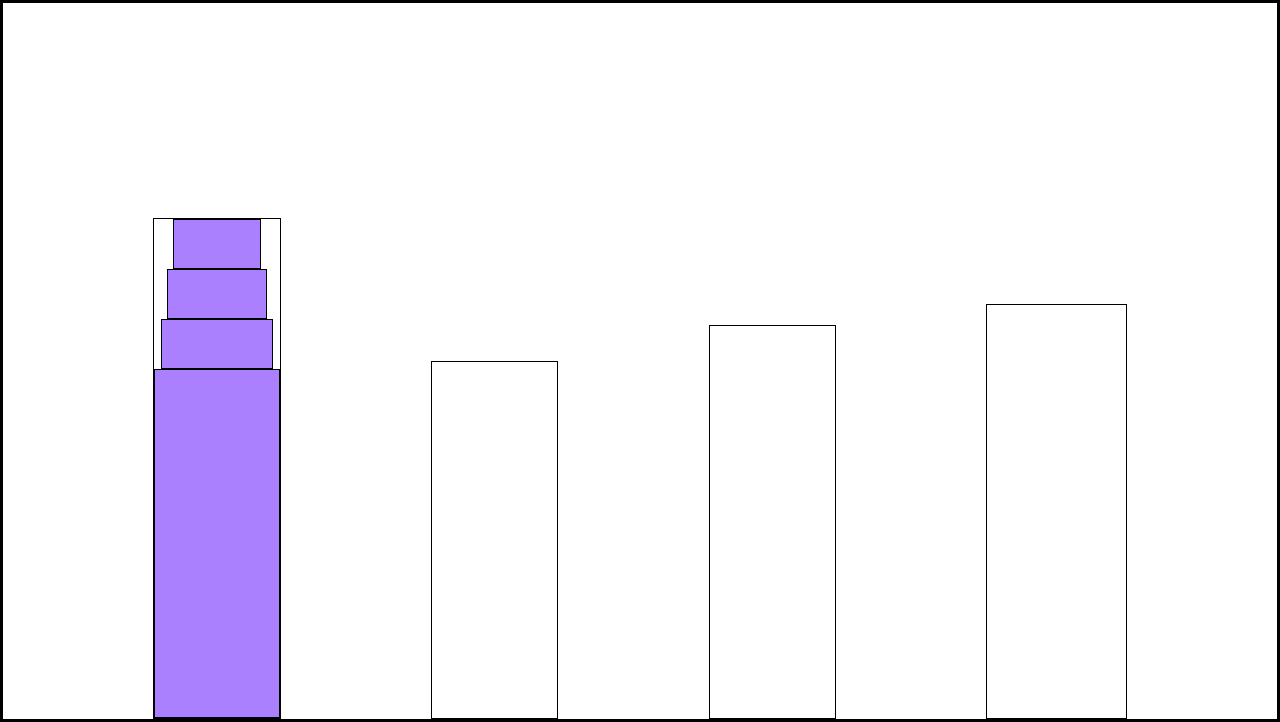
Repository: Lungdjos/city_skyline
Page: index.html
The author's editor kept a copy of each file at every save. The page is drawn from the files as they stood at one save, then again after a run of saves.
The browser window is 1280 px wide. The pictures show the whole page.

Above is the page before, as saved 2023-12-11 09:52:38.

### index.html
<!DOCTYPE html>
<html lang="en">

<head>
    <meta charset="UTF-8">
    <meta name="viewport" content="width=device-width, initial-scale=1.0">
    <title>City Skyline</title>
    <link href="styles.css" rel="stylesheet" />
</head>

<body>
    <div class="background-buildings">
        <div class="bb1">
            <div class="bb1a"></div>
            <div class="bb1b"></div>
            <div class="bb1c"></div>
            <div class="bb1d"></div>
        </div>
        <div class="bb2"></div>
        <div class="bb3"></div>
        <div class="bb4"></div>
    </div>
</body>

</html>

### styles.css
* {
    border: 1px solid black;
    box-sizing: border-box;
}

body {
    height: 100vh;
    margin: 0;
    overflow: hidden;
}

.background-buildings {
    width: 100%;
    height: 100%;
    display: flex;
    justify-content: space-evenly;
    align-items: flex-end;
}

.bb1 {
    width: 10%;
    height: 70%;
    display: flex;
    flex-direction: column;
    align-items: center;
    --building-color1: #aa80ff;
}

.bb1a {
    width: 70%;
    height: 10%;
    background-color: var(--building-color1);
}

.bb1b {
    width: 80%;
    height: 10%;
    background-color: var(--building-color1);
}

.bb1c {
    width: 90%;
    height: 10%;
    background-color: var(--building-color1);
}

.bb1d {
    width: 100%;
    height: 70%;
    background-color: var(--building-color1);
}

.bb2 {
    height: 50%;
    width: 10%;
}

.bb3 {
    width: 10%;
    height: 55%;
}

.bb4 {
    height: 58%;
    width: 11%;
}

After the next 4 saves:
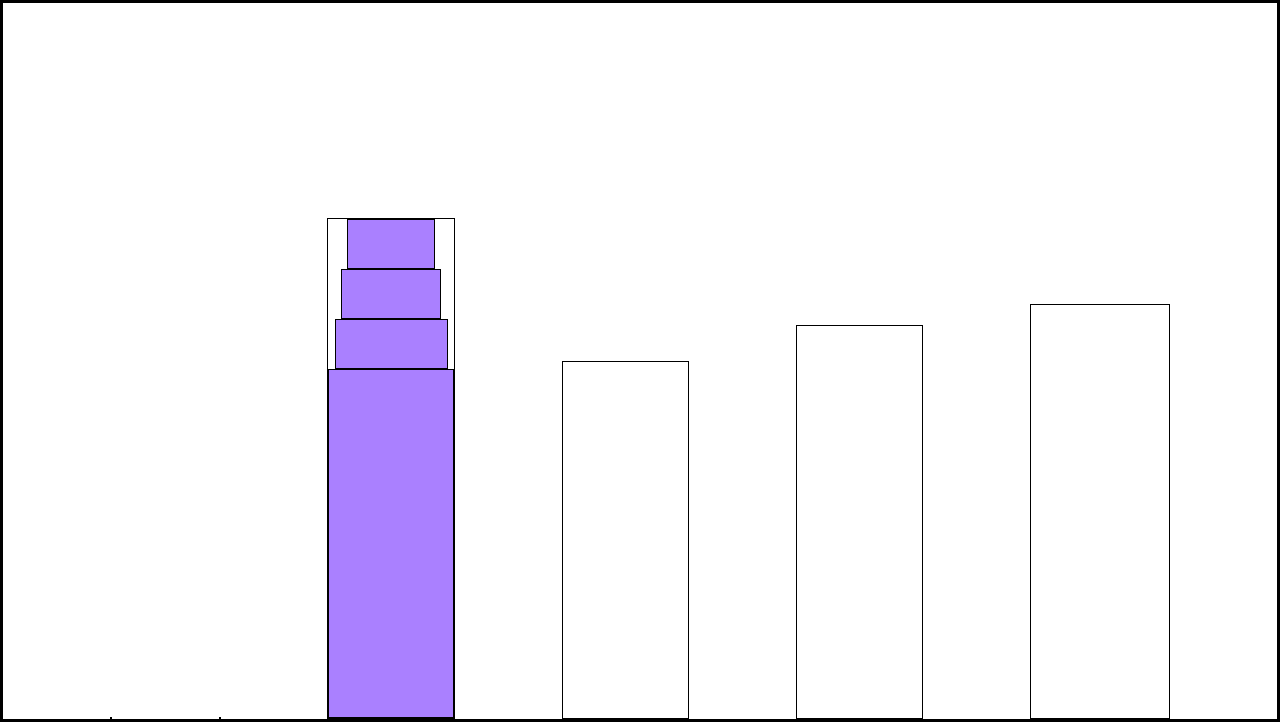
The 4 saves are shown as one change because they came seconds apart.
The last was saved 7 min 57 s later.
--- a/index.html
+++ b/index.html
@@ -10,6 +10,8 @@
 
 <body>
     <div class="background-buildings">
+        <div></div>
+        <div></div>
         <div class="bb1">
             <div class="bb1a"></div>
             <div class="bb1b"></div>
